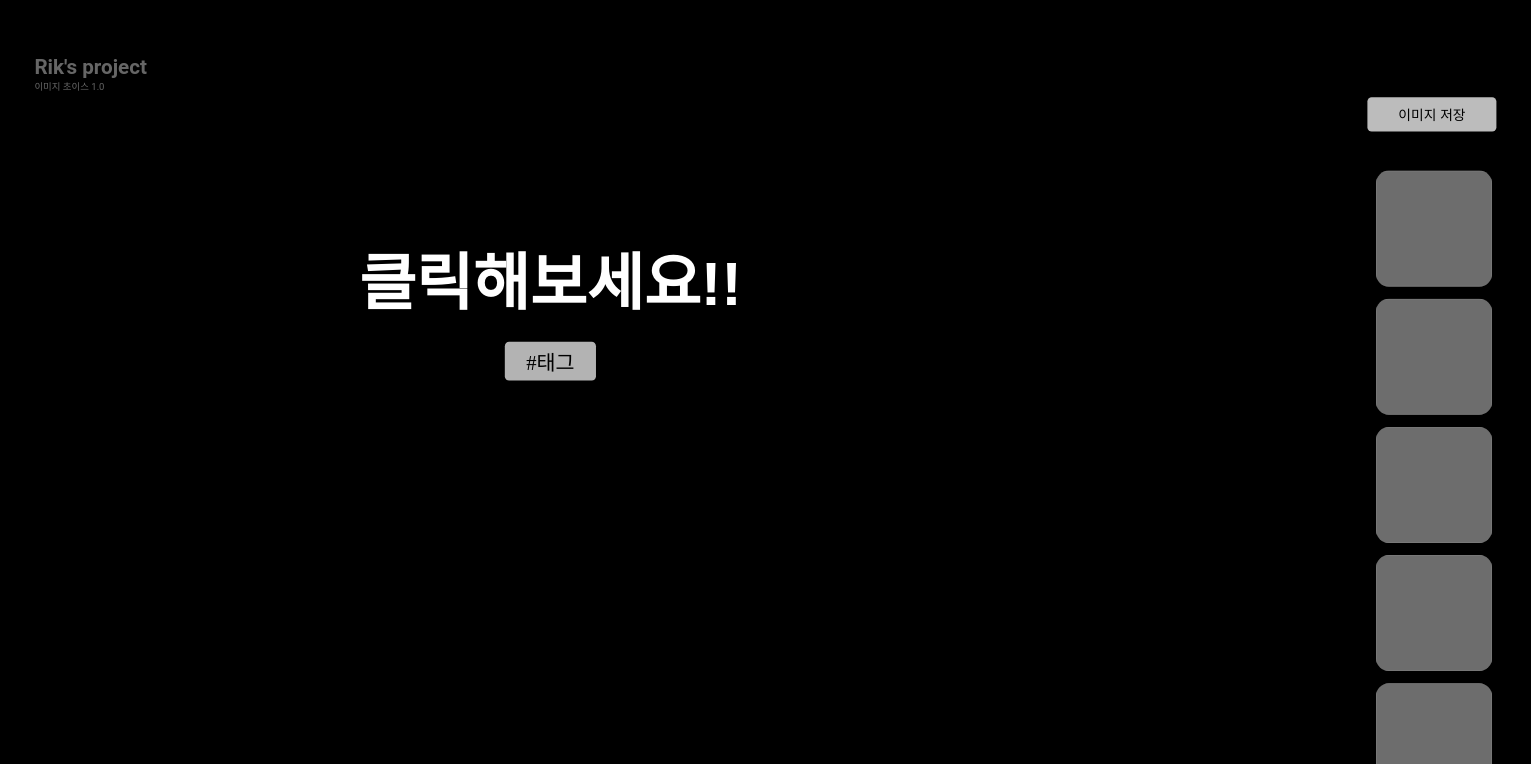
Repository: YoonJoowon/ImageTagPrinter
Page: public/index.html
An editor plug-in stored every save of this project. The page is shown before and after the next save, followed by the edit.
The browser window is 1280 px wide. The page is 1780 px wide, so the pictures cover 1780 px, including what lies to the right of the window. The pictures show the whole page, at 86% of full size.
An inner scrolling area shows only its first screen.

Above is the page before, as saved 2023-05-23 15:38:11.

### public/index.html
<!DOCTYPE html>
<html lang="en">

<head>
  <meta charset="UTF-8">
  <meta http-equiv="X-UA-Compatible" content="IE=edge">
  <meta name="viewport" content="width=device-width, initial-scale=1.0">

  <link rel="preconnect" href="https://fonts.googleapis.com">
  <link rel="preconnect" href="https://fonts.gstatic.com" crossorigin>
  <link href="https://fonts.googleapis.com/css2?family=Libre+Baskerville:ital,wght@0,400;0,700;1,400&display=swap" rel="stylesheet">
  <link rel="stylesheet" href="../src/index.css">
  <script defer src="App.js"></script>

  <link rel="shortcut icon" href="img/favicon.ico" type="image/x-icon">
  <link rel="icon" href="img/favicon.ico" type="image/x-icon">
  <title>검색어를 입력해보세요!</title>
</head>

<section class="wrapper">
  <header>
      <div>
        <a href="https://github.com/YoonJoowon" target="_blank">
          <h1>Rik's project</h1>
          <p>이미지 초이스 1.0</p>
        </a>
      </div>
      <div class="master__panel">
        <button class="btn" id="export">이미지 저장</button>
      </div>
  </header>
</section>

<section class="bar">
  <div class="imgBack"></div>

  <div class="scrollbar">
      <div class="images">
        <img class="image1" onclick="changeBackground(this)">
        <img class="image2" onclick="changeBackground(this)">
        <img class="image3" onclick="changeBackground(this)">
        <img class="image4" onclick="changeBackground(this)">
        <img class="image5" onclick="changeBackground(this)">
        <img class="image6" onclick="changeBackground(this)">
        <img class="image7" onclick="changeBackground(this)">
        <img class="image8" onclick="changeBackground(this)">
        <img class="image9" onclick="changeBackground(this)">
        <img class="image10" onclick="changeBackground(this)">
        <img class="image11" onclick="changeBackground(this)">
      </div>
  </div>
</section>

<body>
  <section class="container">
    <input type="text" class="addTag"  placeholder="클릭해보세요!!" >
    <section class="container_tag">
      <!-- container__tag 이거랑 addEventListner랑 관련 있음  -->
      <article class="tag" data-keyword="">
          #태그
    </section>
  </section>
</body>

  <script>
    function changeBackground(imageElement) {
      const imageUrl = imageElement.src;
      document.body.style.backgroundImage = `url(${imageUrl})`;
  }
  </script>
</html>

### src/index.css
* {
  margin: 0;
  padding: 0;
  box-sizing: border-box;
}

a {
  text-decoration: none;
  color: #fff;
}

/* HEADER */

header {
  padding-top: 64px;
  margin-bottom: 35px;
  width: 100%;
  font-family: 'Roboto', sans-serif;
  position: relative;
}

header h1 {
  font-size: 24px;
  color: #ffff;
  margin-left: 40px;
  opacity: 0.4;
  cursor: pointer;
}

header p {
  font-size: 11px;
  color: #ffff;
  margin-left: 40px;
  opacity: 0.4;
  cursor: pointer;
}

header .author {
  position: relative;
  margin-top: 58px;
  height: 48px;
}

header .author img {
  height: 48px;
  border-radius: 50%;
}

header .author .user {
  position: absolute;
  top: 50%;
  left: 65px;
  transform: translateY(-50%);
  font-size: 16px;
  font-weight: 600;

}


  /* BTN */

  .btn {
    width: 150px;
    height: 40px;
    margin-left: 1590px;
    margin-top: 5px;
    border-radius: 5px;
    border: none;
    background-color: #ebebeb;
    opacity: 0.8;
    color: rgb(0, 0, 0);
    font-size: 16px;
    font-weight: 400;
    cursor: pointer;
    transition: background-color 0.2s ease, color 0.2s ease, opacity 0.4s ease, transform 0.4s ease;
    /* float: right; */
  }

  .btn:active {
    transform: scale(1.2);
    opacity: 0.2;
  }
  .btn:hover {
    background-color: rgba(112, 215, 148, 0.7);
    color: #fff;
  }

  /* BACKGROUND */

  .background__btns {
    margin-top: 20px;
    border-top: 1px solid #cacaca;
  }



/* 추가 이미지 */
.bar{
  display: flex;
  position: relative;
}


.scrollbar {
  overflow: auto;
  scroll-margin-top: 00px;
  height: 700px;
  width: 1780px;
  scroll-behavior: smooth;
  opacity: 0.8;
  position: absolute;

}

.scrollbar::-webkit-scrollbar {
  width: 12px;
}

/* Handle */
.scrollbar::-webkit-scrollbar-thumb {
  background: #dcdcdc;
  border-radius: 10px;
}

/* Handle on hover */
.scrollbar::-webkit-scrollbar-thumb:hover {
  background: #8c8c8c;
}


.imgBack{
  width: 170px;
  height: 700px;
  opacity: 0.8;

  border-radius: 20px;
  margin-left: 1582px;
  background-color: #ffffff;
}

img {
  width: 135px;
  height: 135px;
  object-fit: cover;
  margin-right: 20px;
  margin-top: 10px;
  opacity: 0.8;

  cursor: pointer;
  border-radius: 15px;
  background-color: #acacac;
}

.images{
  width: 150px;
  margin-left: 1600px;
}

.images :hover{
  transform: scale(1.1);
  /* ease 부드럽게  transform 변형*/
  /* - 구형브라우저도 동작하기위해 필요 */
  transition: transform 0.3s ease;
  -webkit-transition: transform 0.3s ease;
  -moz-transition: transform 0.3s ease;
  -ms-transition: transform 0.3s ease;
  -o-transition: transform 0.3s ease;
  /* transform: translateY(-35px);
  -webkit-transform: translateX(-35px);
  -moz-transform: translateX(-35px);
  -ms-transform: translateX(-35px);
  -o-transform: translateX(-35px); */
}


/* body */
body {
  position: relative;
  background-color: #000000;
  height: 100vh;
  background-size: cover;
  background-repeat: no-repeat;
  background-position: center;
  /* font-family: 'Libre Baskerville', serif; */
}

.addTag {
  position: relative;
  border: none;
  width: 800px;
  height: 120px;
  text-align: center;
  font-size: 72px;
  /* font-style: ; */
  padding: 0 30px;
  font-weight: 700;
  background: transparent;
  color: #fff;
  text-shadow: 0 1px 6px rgba(0,0,0,0.5);
  font-family: Arial, Helvetica, sans-serif, cursive;
}


input.addTag::placeholder {
  color: #fff;
}

input.addTag::-moz-placeholder,
input.addTag::-webkit-input-placeholder {
  color: #fff;
}

.addTag:focus {
  outline: none;
}


.container {
  position: absolute;
  top: 50%;
  left: 50%;
  padding: 30px 0;
  width: 800px;
  text-align: center;
  border-radius: 15px;
  -webkit-border-radius: 15px;
  -moz-border-radius: 15px;
  -ms-border-radius: 15px;
  -o-border-radius: 15px;
  transform: translate(-50%, -50%);
  -webkit-transform: translate(-50%, -50%);
  -moz-transform: translate(-50%, -50%);
  -ms-transform: translate(-50%, -50%);
  -o-transform: translate(-50%, -50%);
}

.container__tag {
  margin-top: 30px;
}

.tag {
  color: #000;
  display: inline-block;
  cursor: pointer;
  font-size: 24px;
  font-weight: 500;
  background-color: rgba(255,255,255,0.7);
  margin: 8px 4px;
  padding: 5px 25px;
  border-radius: 5px;
  -webkit-border-radius: 5px;
  -moz-border-radius: 5px;
  -ms-border-radius: 5px;
  -o-border-radius: 5px;
  transition: transform 0.3s ease;
  -webkit-transition: transform 0.3s ease;
  -moz-transition: transform 0.3s ease;
  -ms-transition: transform 0.3s ease;
  -o-transition: transform 0.3s ease;
}

.tag:hover {
  color: #fff;
  opacity: 0.8;
  transform: translateY(-5px);
  -webkit-transform: translateY(-5px);
  -moz-transform: translateY(-5px);
  -ms-transform: translateY(-5px);
  -o-transform: translateY(-5px);
  background-color: rgba(112, 215, 148, 0.7);
}

### src/App.js
// "use strict"

// 즉시 실행함수를 사용하여 dataModule 을 생성하고 모듈 내에서 DOM 요소를 가져오는 코드임
const dataModule = (function() {

  // 웹 페이지에서 사용하는 여러 요소를 저장
  const DOM = {
    addTag: document.querySelector('.addTag'),
    container: document.querySelector('.container'),
    tagContainer: document.querySelector('.container_tag'),
    tags: document.querySelectorAll('.tag'),
  };

  return {
    // getDom() 메서드를 정의하고 DOM 객체를 반환 - 모듈 내에서 DOM 객체를 캡슐화하여 다른 모듈에서 간편하게 사용
    getDOM() {
      return DOM;
    },

    // 따라서 다른 모듈에서 dataModule.getDom() 메서드를 호출하여 DOM요소를 가져올 수 있음
  }
})();

const image1 = document.querySelector('.image1');
const image2 = document.querySelector('.image2');
const image3 = document.querySelector('.image3');
const image4 = document.querySelector('.image4');
const image5 = document.querySelector('.image5');
const image6 = document.querySelector('.image6');
const image7 = document.querySelector('.image7');
const image8 = document.querySelector('.image8');
const image9 = document.querySelector('.image9');
const image10 = document.querySelector('.image10');
const image11 = document.querySelector('.image11');

const images = [image1, image2, image3, image4, image5, image6, image7, image8, image9, image10, image11];

// 태그를 활용한 업데이트
const controller = (function(){

  const tagHTML = function (keyword, [R, G, B]) {
    // 매개변수들을 사용하여 article 요소를 생성하고 이 요소를 문자열 형태로 반환
    // 반환되는 문자열을 article 요소의 style 속성값으로 rgba 색상값을 지정 그리고 0.7은 불투명값
    // 즉 tagHTML은 주어진 keyword 와 R, G, B 값을 이용하여 배경색을 가진 HTML 태그를 반환하는 함수 = 일반적으로 태그 검색 및 필터링 등에서 사용
    return `<article style="background-color: rgba(${R}, ${G}, ${B}, 0.7);" class="tag" data-keyword="${keyword}">#${keyword}</article>`
  };

  // min과 max 사이의 랜덤한 정수값을 반환 ex) randomRGB(0, 255)라면 0~255 사이의 랜덤한 값을 반환하여 RGB 색상 호출
  const randomRGB = function(min, max) {
    return Math.floor(Math.random() * (max - min) + 1) + min;
  }

  // 위와 마찬가지로 mix, max 범위내에서 랜덤한 값을 순서대로 push를 통해 arrRGB 배열을 정의 및 반환
  // 일반적으로 색상을 랜덤으로 지정해야 할 때 사용된다. ex) `getRandomRGB(0, 255)` 와 같이 호출하면 그 사이의 값의 색상값을 만들어 냄
  const getRandomRGB = function(min, max) {
    let arrRGB = [];
    arrRGB.push(randomRGB(min, max));
    arrRGB.push(randomRGB(min, max));
    arrRGB.push(randomRGB(min, max));
    return arrRGB;
  }

  // API를 이용한 사진 랜덤기술
  return {

      // searchByTag는 keyword를 매겨번수로 받아들임
      searchByTag(event, keyword){
      fetch(`https://source.unsplash.com/featured/?${keyword.toLowerCase()}`)
      // fetch() 함수를 사용해서 Unplacsh API에서 Keyword에 해당하는 이미지를 가져오는 HTTP 요청
      .then((response) => {
        // 그리고나서 .then() 메서드를 이용해서 응답response 객체를 받아 응답객체의 url 속성을 사용하여 이미지 URL을 가져옴
        // images.push(imageUrl);
        const imageUrl = response.url;
        images[currentIndex].src = imageUrl; // 이미지 URL을 이미지 태그의 src 속성 -이미지경로 에 할당
        images[currentIndex].alt = keyword; // 이미지 태그의 alt - 대체텍스트 속성에 검색어 할당
        // images[currentIndex].classList.add('visible'); // 이미지 태그를 보이게 함

        images[currentIndex].addEventListener('load', () => {


        document.body.style.backgroundImage = `url(${response.url})`;
          // 클릭시 배경이미지 전환

          showNextImage();

        // 이미지를 배열에 추가하고 첫 번째 이미지를 보여주기
        // 그리고 document.body.style.backgroundImage 속성에 할당을 통해 웹페이지의 배경이미지 변경
          });
        });
      },

      addNewTag(target, parentNode) {
        // target 은 HTML input 엘리먼트를 그러니까 원래 지정되어 있는, parentNode은 새로운 태그가 추가될 부모 엘리멘트를 가리킴
        const newColor = getRandomRGB(180, 230);
        // getRandomRGB 함수를 사용하여 랜덤 색을 배정
        const newHTML = tagHTML(target.value, newColor);
        // tagHTML 함수를 사용하여 새로운 태그의 HTML코드 생성
        parentNode.insertAdjacentHTML('beforeend', newHTML);
        // beforeend 위치에 newHTML을 삽입하여 새로운 태그를 추가 - insert 끼워넣다 Adjacent 인접한
        this.searchByTag(null, target.value);
        // 새로운 태그에 해당하는 이미지를 가져와서 웹페이지의 배경 이미지를 변경
        target.value = '';
        // target 엘리먼트 값을 초기화
        target.focus();
        // 포커스로 이동

        // 즉 searchByTag와 addNewTag 메서드를 함께 사용하여 태그를 추가할때마다 해당하는 이미지를 가져와서 배경이미지를 변경할 수 있음.
      },
    }
  })();

  let currentIndex = 0; // 한 번 돌면 위에서 오류가 남

  function showNextImage() {
    // 현재 인덱스 1 증가시키기
    currentIndex++;

    // 배열의 끝에 도달한 경우 처음부터 다시 시작하기
    if (currentIndex >= images.length) {
      currentIndex = 0;
    }

    // 현재 인덱스를 제외한 모든 이미지 태그를 감추기
      // images.forEach((image, index) => {
      //   if (index !== currentIndex) {
      //     image.classList.remove('visible');
      //   }
      // });
    };

  // DOM을 이용한 데이터관리
  const UIController = (function() {

    const DOM = dataModule.getDOM();
    // 맨 위의 dataModule에서 가져온 getDOM() 메서드를 호출하여 DOM요소를 가리키는 객체를 반환

    // DOM.tagContainer 요소에 클릭 이벤트 리스너를 추가. 클릭된 엘리먼트가 tag 클래스를 포함하지 않을 경우 함수 종료
    DOM.tagContainer.addEventListener('click', event => {

      if (!event.target.classList.contains('tag')) return;
      const keyword = event.target.dataset.keyword;
      controller.searchByTag(null, keyword)
      // 1. 만약 클릭된 엘리먼트가 tag 클래스를 포함하고 있다면,
      // 2. 클릭된 태그의 data-keyword 속성값을 keyword 변수에 저장하고
      // 3. controller.searchByTag() 메서드를 호출하여 해당키워드에 맞는 이미지 호출
    });

    // DOM.addTag 요소에 키다운 이벤트리스너 추가
    DOM.addTag.addEventListener('keydown', e => {
      if (e.key === 'Enter') {
        controller.addNewTag(e.target, DOM.tagContainer);
      }
    })
    // 1. 만약 눌린 키가 Enter 일 경우 controller.addNewTag() 메서드를 호출
    // 2. 이 메서드는 Dom.addTag 요소의 값을 가져와서 새로운 태그 생성
    // 3. 해당 태그에 맞는 이미지를 가져와 웹페이지의 배경 이미지 변경

    // 4. 마지막으로 DOM.addTag 요소에 포커스를 설정
    DOM.addTag.focus();

    // UIController 모듈은 DOM 요소에 이벤트 리스너를 추가하여 사용자 인터페이스를 제어
    // 사용자가 태그를 클릭하거나 새로운 추가할때마다 해당 키워드에 맞는 이미지를 가져와서 웹 페이지의 배경이미지를 변경
  })();


  // 이미지 저장
  const button = document.getElementById('export');
  const body = document.body;

  button.addEventListener('click', () => {
    const backgroundImageUrl = getComputedStyle(body).backgroundImage.slice(4, -1).replace(/"/g, ""); // 배경 이미지 URL 추출
    // url("이미지 파일 경로") = slice(4, -1)은 문자열의 첫 4글자(`"url("`)과 마지막 글자 (`")"`를 제거함.) - 배경이미지 url 추출할 때 많이 사용
    // replace는 문자열에서 모든 큰따옴표를 제거
    const link = document.createElement("a"); // a 태그 생성 - 하이퍼링크 설정할때
    link.href = backgroundImageUrl; // 다운로드 링크 지정 - 링크주소 설정할때

    link.download = "background.jpg"; // 파일 이름 지정
    // link.style.display = "none"; // 화면에 표시하지 않도록 설정
    // document.body.appendChild(link); // body에 a 태그 추가
    // link.click(); // 클릭 이벤트 발생

    // <a href=""> 즉 이거 설정해서 이미지 링크로 이동하게 해줌
    const popup = window.open('', 'popup', 'width=1280, height=860');
    popup.document.write('<img src="' + link.href + '" width="100%" />')

  });

  // const captureModal = document.querySelector('.capture_modal');

  // const captureExport = function () {
  //   html2canvas(document.querySelector('#capture'), {
  //     logging: true,
  //     letterRendering: 1,
  //     allowTaint: true,
  //     useCORS: true,
  //   }).then((canvas) => {
  //     captureModal.appendChild(canvas).classList.add('canvas');
  //   });

  //   mod.forEach((e) => e.classList.remove('hidden'));
  // };

  // const removeCapture = function () {
  //   captureModal.removeChild(captureModal.firstElementChild);

  //   mod.forEach((e) => e.classList.add('hidden'));
  // };

  // produceImageBtn.addEventListener('click', captureExport);
  // overlay.addEventListener('click', removeCapture);
  // window.addEventListener('keydown', (e) => {
  //   if (e.key === 'Escape') {
  //     removeCapture();
  //   }
  // });

  // export default App;

After the next save:
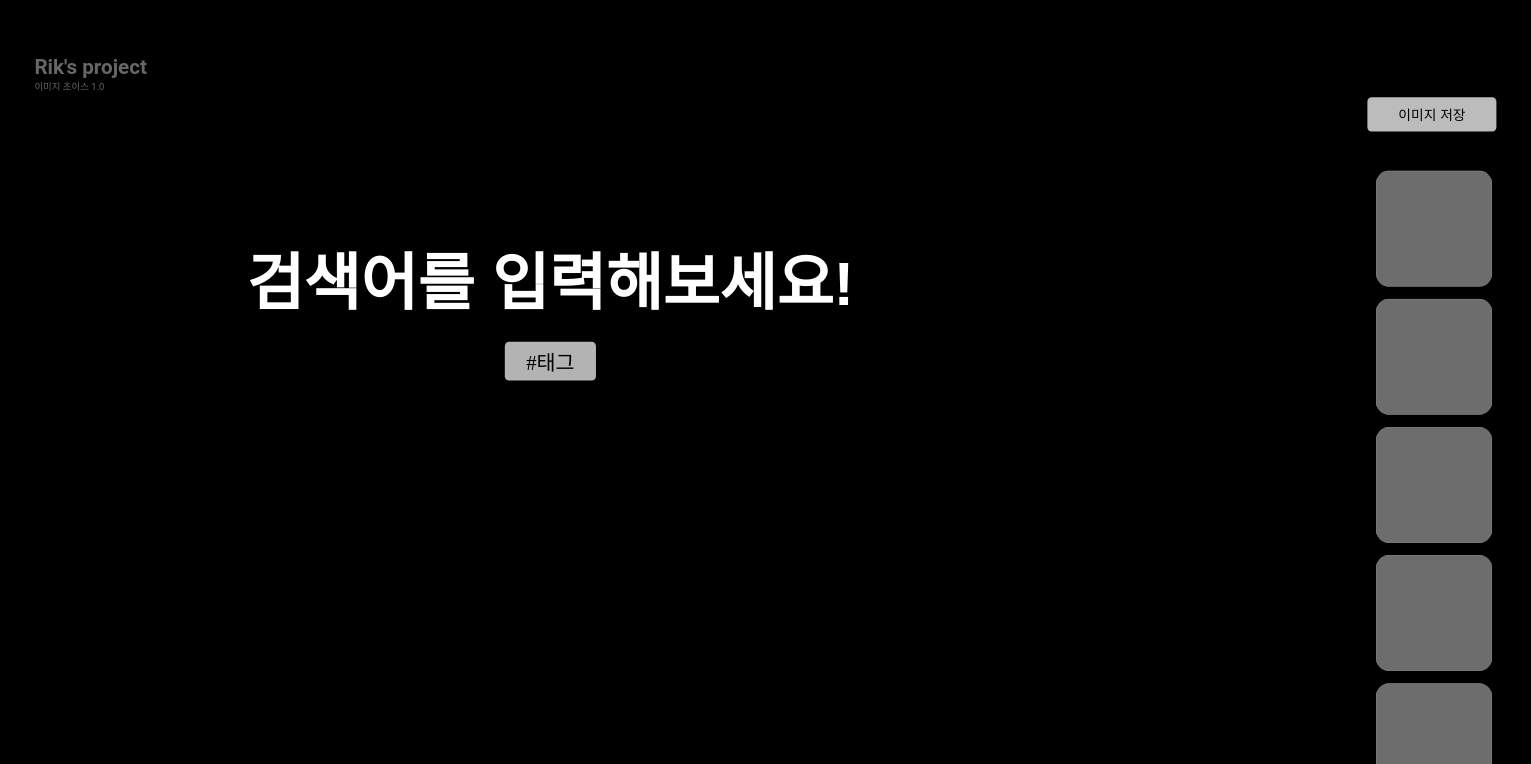
Saved 13 s later.
--- a/public/index.html
+++ b/public/index.html
@@ -53,7 +53,7 @@
 
 <body>
   <section class="container">
-    <input type="text" class="addTag"  placeholder="클릭해보세요!!" >
+    <input type="text" class="addTag"  placeholder="검색어를 입력해보세요!" >
     <section class="container_tag">
       <!-- container__tag 이거랑 addEventListner랑 관련 있음  -->
       <article class="tag" data-keyword="">
